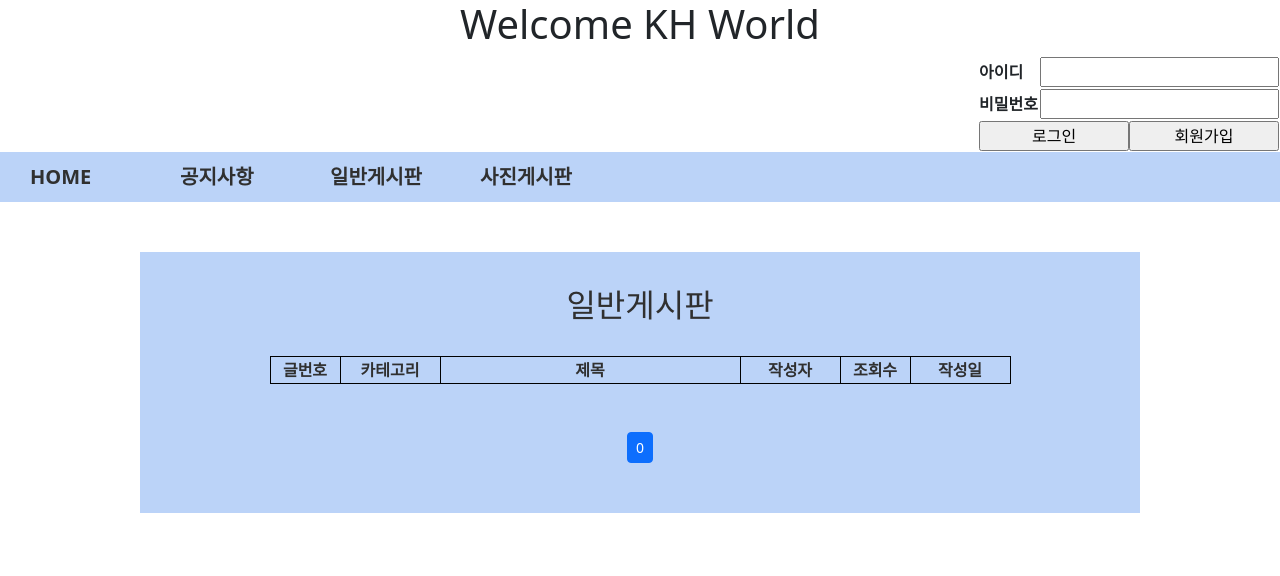
Repository: HwangInTae82/JSPProject
Page: http://localhost/jspProject/views/board/boardListView.jsp
An editor plug-in stored every save of this project. The page is shown before and after the next save, followed by the edit.
The browser window is 1280 px wide. The pictures show the whole page.
The page is served by Tomcat 10. Nobody is signed in. The application's start-up code is not run. The template is opened directly, without the code that normally fills it, so the values that code supplies are empty.

Above is the page before, as saved 2025-02-27 23:18:37.

After the next save:
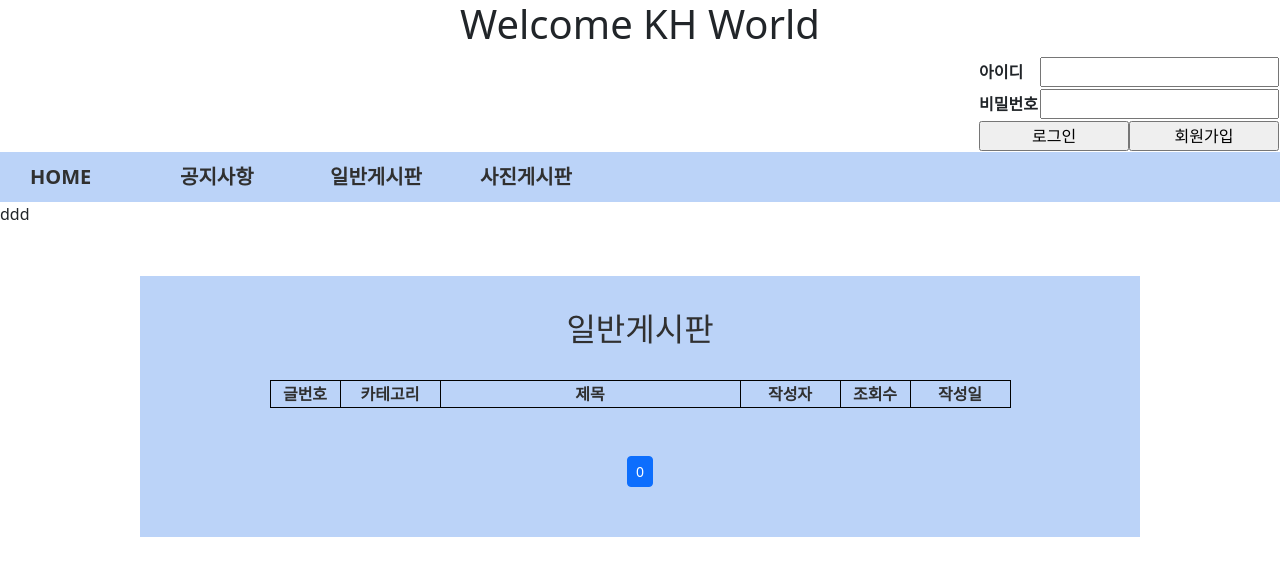
Saved 28 s later.
--- a/jspProject/src/main/webapp/views/board/boardListView.jsp
+++ b/jspProject/src/main/webapp/views/board/boardListView.jsp
@@ -36,7 +36,7 @@
 
 <body>
 	<%@ include file="../common/menubar.jsp"%>
-
+ddd
 	<div class="outer">
 		<br>
 		<h2 align="center">일반게시판</h2>

After the save that followed:
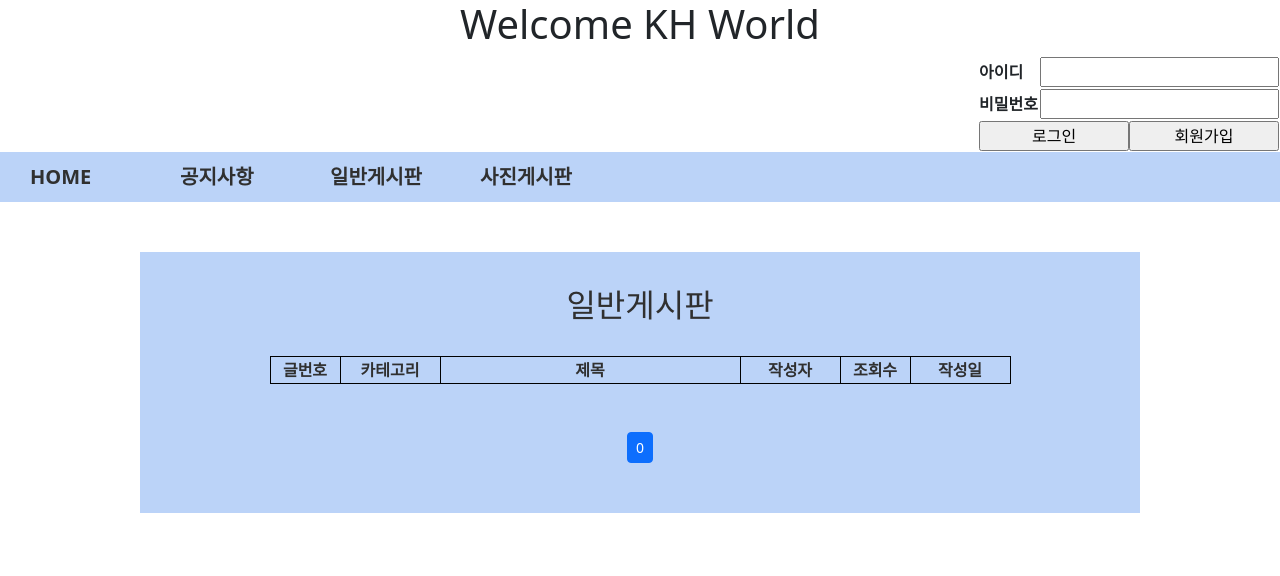
Saved 10 s later.
--- a/jspProject/src/main/webapp/views/board/boardListView.jsp
+++ b/jspProject/src/main/webapp/views/board/boardListView.jsp
@@ -36,7 +36,7 @@
 
 <body>
 	<%@ include file="../common/menubar.jsp"%>
-ddd
+
 	<div class="outer">
 		<br>
 		<h2 align="center">일반게시판</h2>
